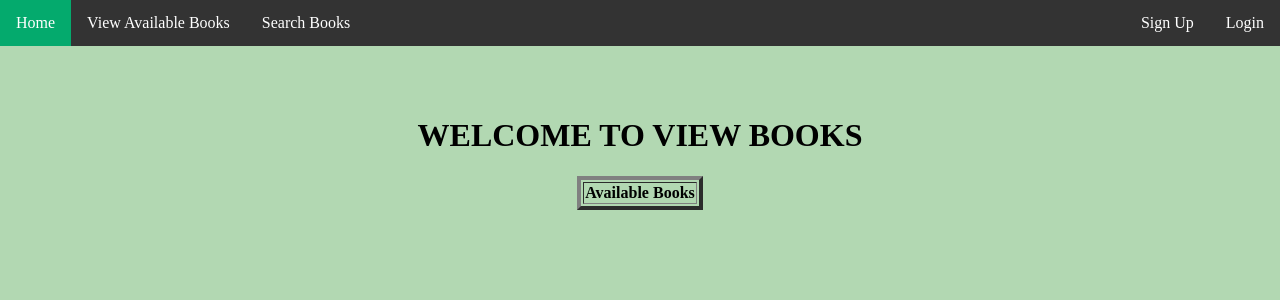
Repository: sach7691/original-book-store
Page: http://localhost/online-book-store-application/view_books.jsp
The author's editor kept a copy of each file at every save. The page is drawn from the files as they stood at one save, then again after the next save.
The browser window is 1280 px wide. The pictures show the whole page.
The page is served by Tomcat 9. The template is opened directly, without the code that normally fills it, so the values that code supplies are empty.

Above is the page before, as saved 2022-08-18 11:46:55.

After the next save:
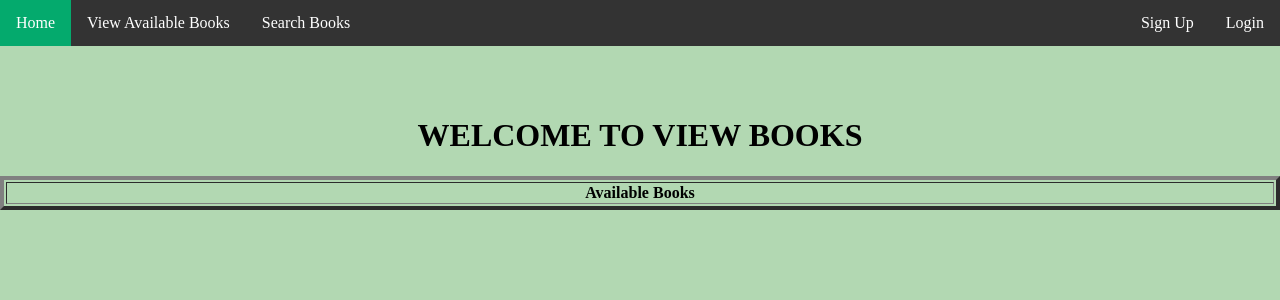
Saved 110 s later.
--- a/online-book-store-application/src/main/webapp/view_books.jsp
+++ b/online-book-store-application/src/main/webapp/view_books.jsp
@@ -73,7 +73,7 @@
 <center>
 <table border="4">
   <tr>
-    <th>Available Books</th>
+    <th style="width:5%">Available Books</th>
   </tr>
     <c:forEach items="${bList}" var="b">
         <tr>

After the save that followed:
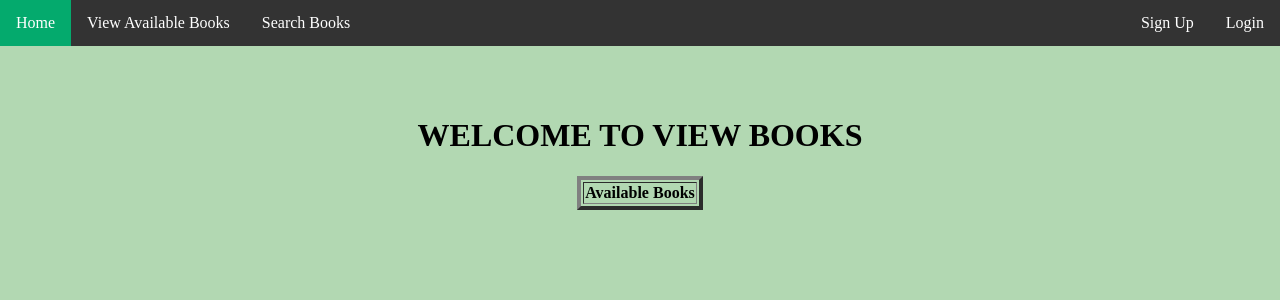
Saved 24 s later.
--- a/online-book-store-application/src/main/webapp/view_books.jsp
+++ b/online-book-store-application/src/main/webapp/view_books.jsp
@@ -73,7 +73,7 @@
 <center>
 <table border="4">
   <tr>
-    <th style="width:5%">Available Books</th>
+    <th>Available Books</th>
   </tr>
     <c:forEach items="${bList}" var="b">
         <tr>
